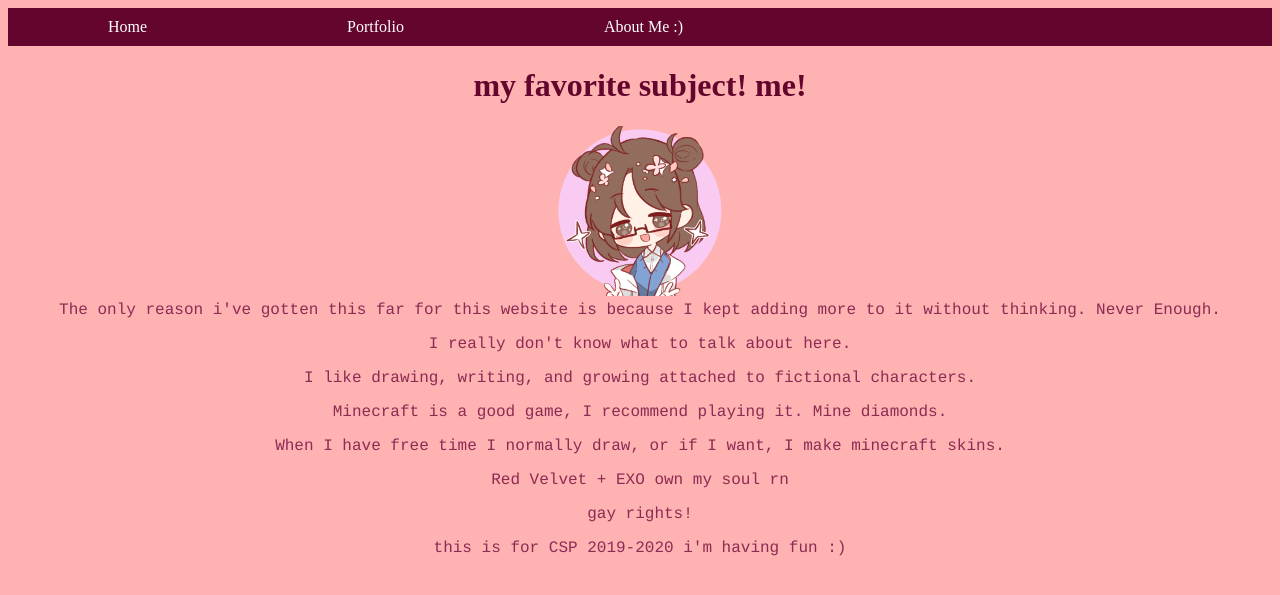
Repository: ycano1934/ycano1934.github.io
Page: my_website/about.html
The author's editor kept a record of every edit. The page is drawn from the files as they stood at one moment, then again after the next edit.
The browser window is 1280 px wide. The pictures show the whole page.

Above is the page before.

After the next edit:
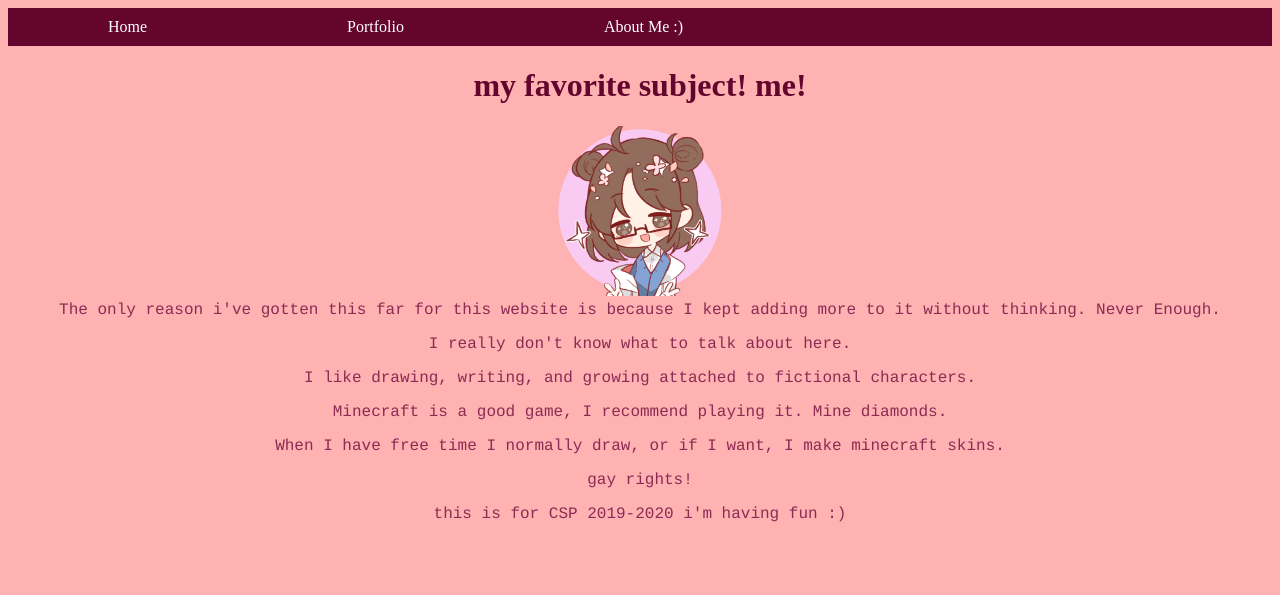
The edit:
--- a/my_website/about.html
+++ b/my_website/about.html
@@ -68,7 +68,6 @@
             <p id="paragraphlook" style="text-align:center;">I like drawing, writing, and growing attached to fictional characters.</p>
             <p id="paragraphlook" style="text-align:center;">Minecraft is a good game, I recommend playing it. Mine diamonds.</p>
             <p id="paragraphlook" style="text-align:center;">When I have free time I normally draw, or if I want, I make minecraft skins.</p>
-            <p id="paragraphlook" style="text-align:center;">Red Velvet + EXO own my soul rn</p>
             <p id="paragraphlook" style="text-align:center;">gay rights!</p>
             <p id="paragraphlook" style="text-align:center;">this is for CSP 2019-2020 i'm having fun :)</p>
 
